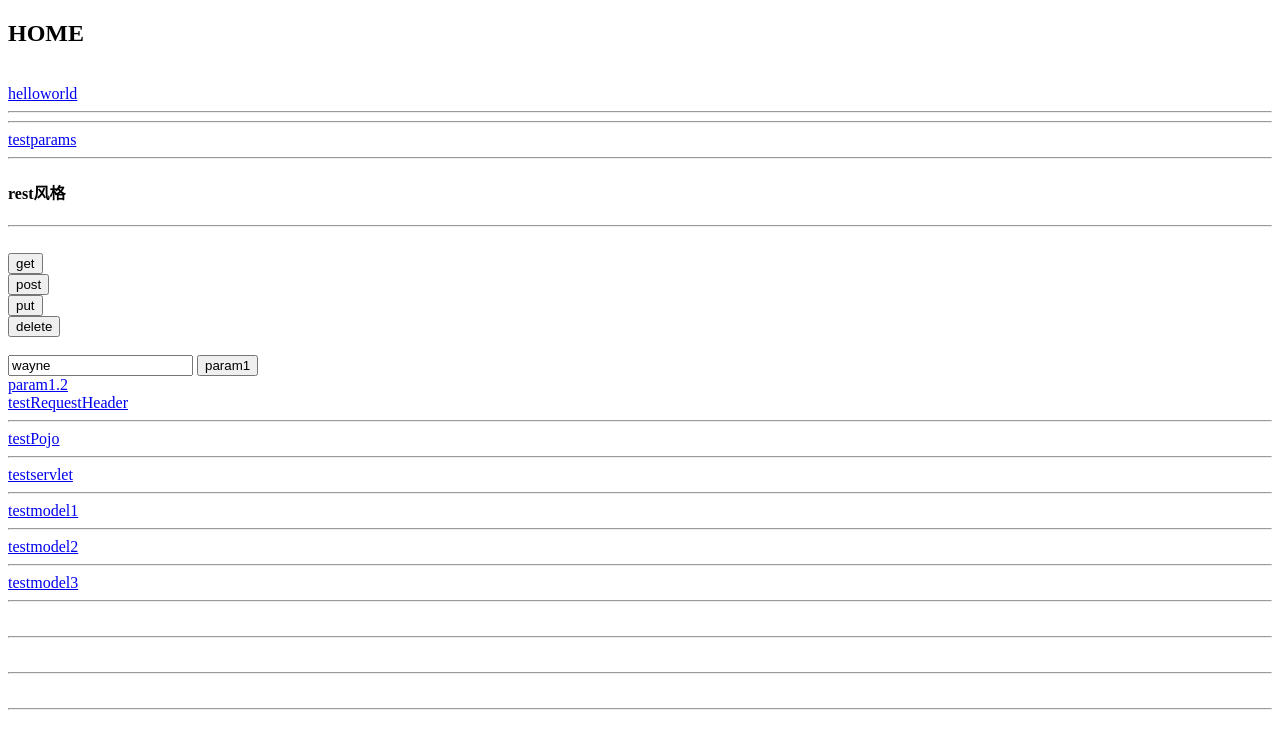
Repository: weiqilin66/workSpaceXD
Page: http://localhost/springmvc-1/
The author's editor kept a copy of each file at every save. The page is drawn from the files as they stood at one save, then again after the next save.
The browser window is 1280 px wide. The pictures show the whole page.
The page is served by Tomcat 9.

Above is the page before, as saved 2019-09-23 02:45:33.

After the next save:
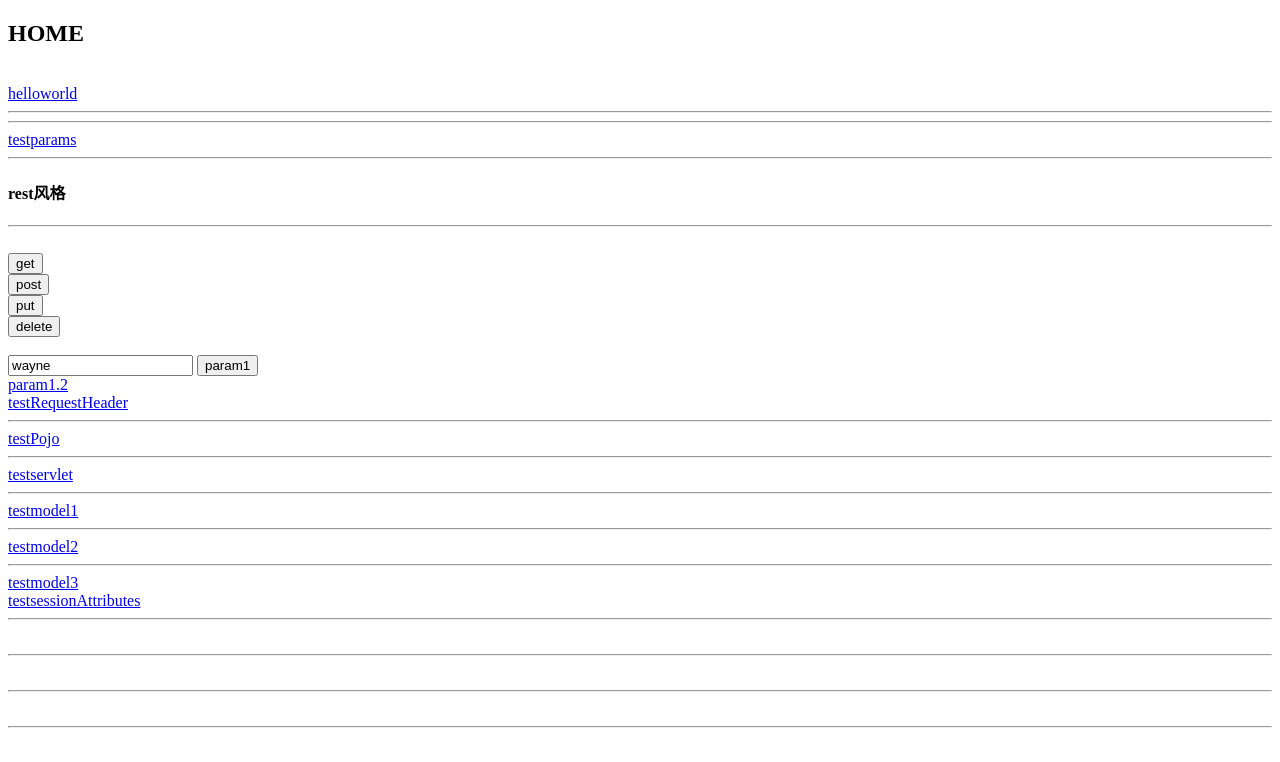
Saved 46 s later.
--- a/workspace/eclipseworkspace/ws01-study/springmvc-1/WebContent/index.jsp
+++ b/workspace/eclipseworkspace/ws01-study/springmvc-1/WebContent/index.jsp
@@ -57,6 +57,7 @@
 <hr>
 <a href="model3"> testmodel3</a>
 <br>
+<a href="sessionAttributes"> testsessionAttributes</a>
 <hr>
 <br>
 <hr>
